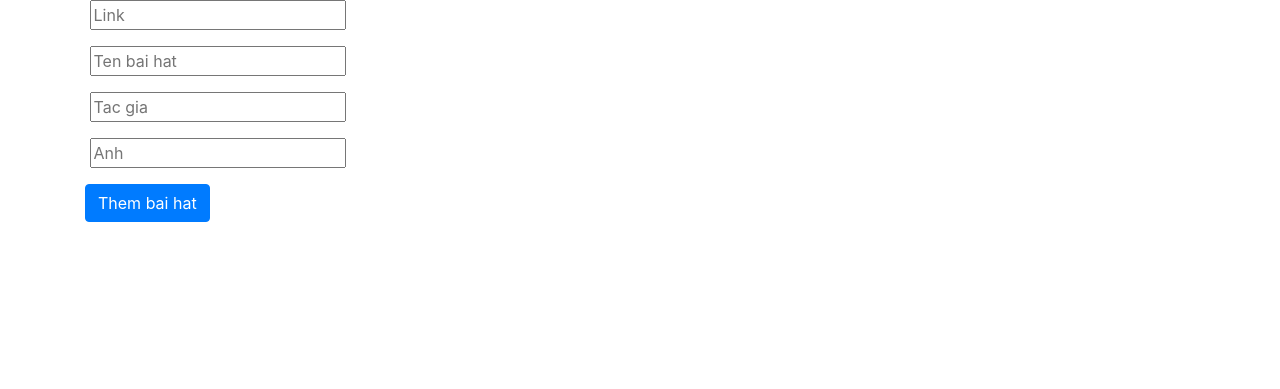
Repository: dovanthao2404/AppMusicHoHo
Page: inex.html
An editor plug-in stored every save of this project. The page is shown before and after the next save, followed by the edit.
The browser window is 1280 px wide. The pictures show the whole page.

Above is the page before, as saved 2021-08-05 08:23:01.

### inex.html
<!DOCTYPE html>
<html lang="en">

<head>
  <meta charset="UTF-8">
  <meta http-equiv="X-UA-Compatible" content="IE=edge">
  <meta name="viewport" content="width=device-width, initial-scale=1.0">
  <title>Document</title>

  <link rel="stylesheet" href="https://cdn.jsdelivr.net/npm/bootstrap@4.6.0/dist/css/bootstrap.min.css"
    integrity="sha384-B0vP5xmATw1+K9KRQjQERJvTumQW0nPEzvF6L/Z6nronJ3oUOFUFpCjEUQouq2+l" crossorigin="anonymous">
</head>

<body>

  <div class="container">
    <div class="w-5 mx-auto">
      <form>
        <div class="form-group">
          <label for="link"></label>
          <input id="link" type="text" placeholder="Link ">
        </div>
        <div class="form-group">
          <label for="name"></label>
          <input id="name" type="text" placeholder="Ten bai hat">
        </div>
        <div class="form-group">
          <label for="author"></label>
          <input id="author" type="text" placeholder="Tac gia">
        </div>
        <div class="form-group">
          <label for="img"></label>
          <input id="img" type="text" placeholder="Anh">
        </div>
        <button id="btnAddMusic" class="btn btn-primary">Them bai hat</button>
      </form>
    </div>
  </div>

  <script src="https://code.jquery.com/jquery-3.5.1.slim.min.js"
    integrity="sha384-DfXdz2htPH0lsSSs5nCTpuj/zy4C+OGpamoFVy38MVBnE+IbbVYUew+OrCXaRkfj"
    crossorigin="anonymous"></script>
  <script src="https://cdn.jsdelivr.net/npm/bootstrap@4.6.0/dist/js/bootstrap.bundle.min.js"
    integrity="sha384-Piv4xVNRyMGpqkS2by6br4gNJ7DXjqk09RmUpJ8jgGtD7zP9yug3goQfGII0yAns"
    crossorigin="anonymous"></script>
  <script src="https://cdn.jsdelivr.net/npm/axios/dist/axios.min.js"></script>

  <script src="./js/main.js"></script>
</body>

</html>

Loaded but not shown: js/main.js (common file)

After the next save:
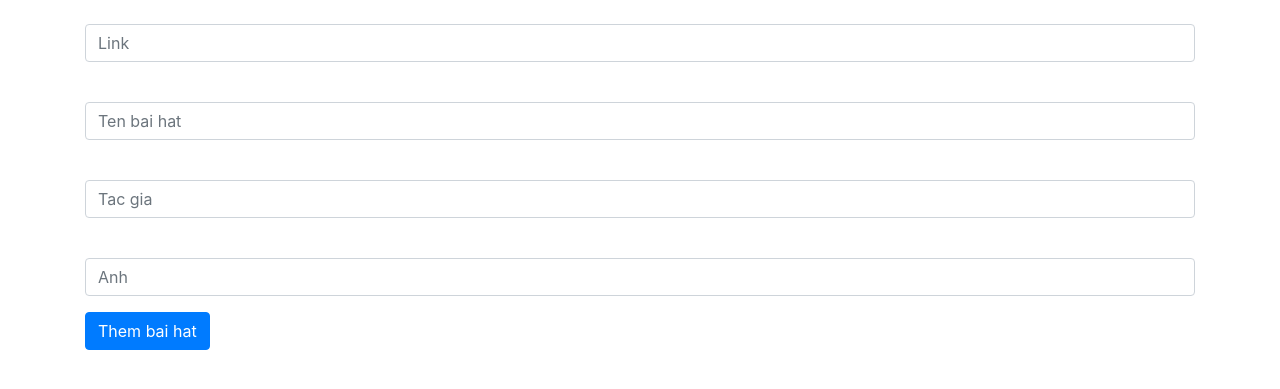
Saved 48 s later.
--- a/inex.html
+++ b/inex.html
@@ -18,19 +18,19 @@
       <form>
         <div class="form-group">
           <label for="link"></label>
-          <input id="link" type="text" placeholder="Link ">
+          <input class="form-control" id="link" type="text" placeholder="Link ">
         </div>
         <div class="form-group">
           <label for="name"></label>
-          <input id="name" type="text" placeholder="Ten bai hat">
+          <input class="form-control" id="name" type="text" placeholder="Ten bai hat">
         </div>
         <div class="form-group">
           <label for="author"></label>
-          <input id="author" type="text" placeholder="Tac gia">
+          <input class="form-control" id="author" type="text" placeholder="Tac gia">
         </div>
         <div class="form-group">
           <label for="img"></label>
-          <input id="img" type="text" placeholder="Anh">
+          <input class="form-control" id="img" type="text" placeholder="Anh">
         </div>
         <button id="btnAddMusic" class="btn btn-primary">Them bai hat</button>
       </form>
